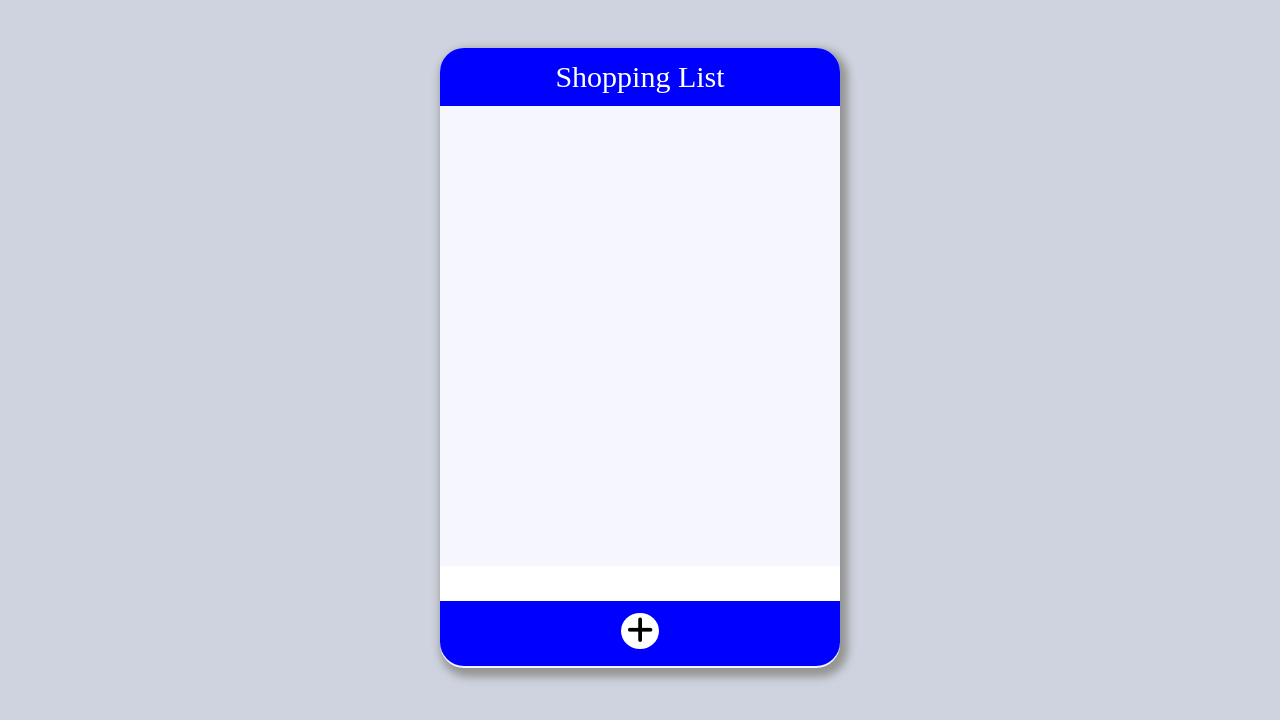
Repository: keehoonjung/Shopping-list
Page: index.html
An editor plug-in stored every save of this project. The page is shown before and after the next save, followed by the edit.
The browser window is 1280 px wide. The pictures show the whole page.
Some web libraries are served in a nearby version.

Above is the page before, as saved 2021-08-09 14:32:38.

After the next save:
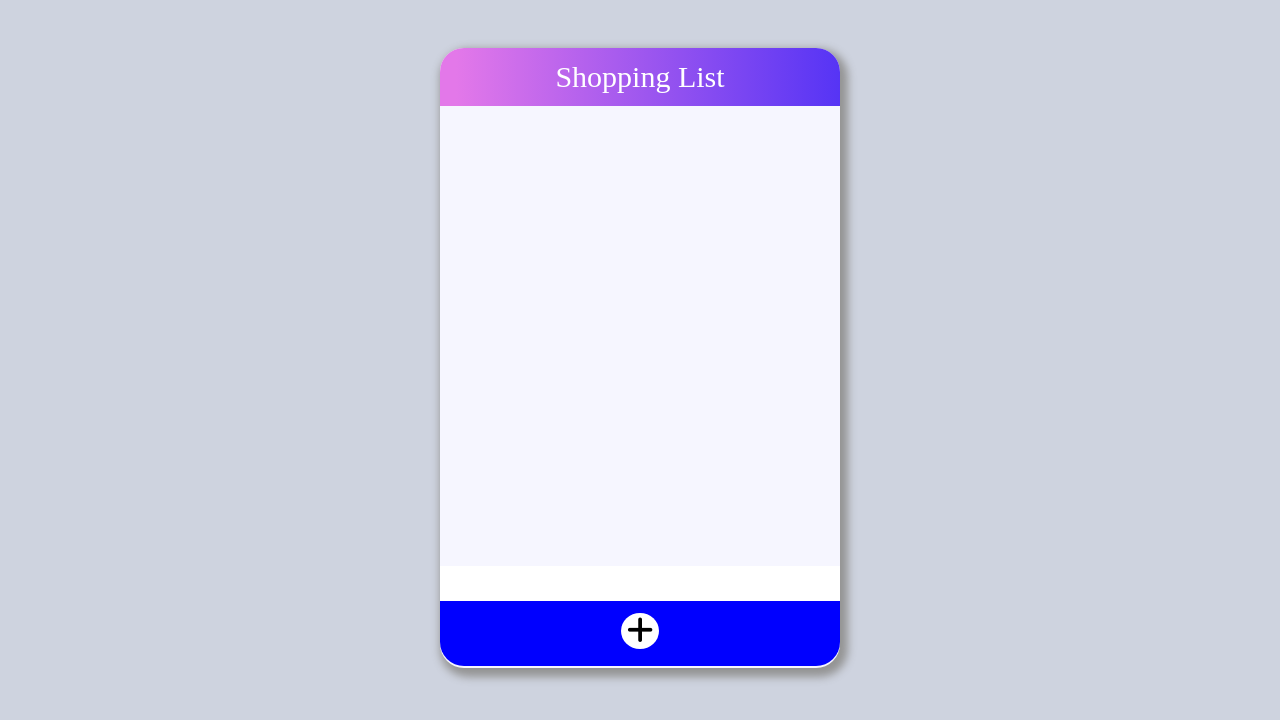
Saved 58 s later.
--- a/style.css
+++ b/style.css
@@ -45,7 +45,12 @@ button {
 }
 
 .header {
-  background-color: blue;
+  background: rgb(227, 120, 233);
+  background: linear-gradient(
+    90deg,
+    rgba(227, 120, 233, 1) 4%,
+    rgba(86, 52, 245, 1) 100%
+  );
   font-size: 30px;
   color: white;
   border-top-left-radius: 24px;
